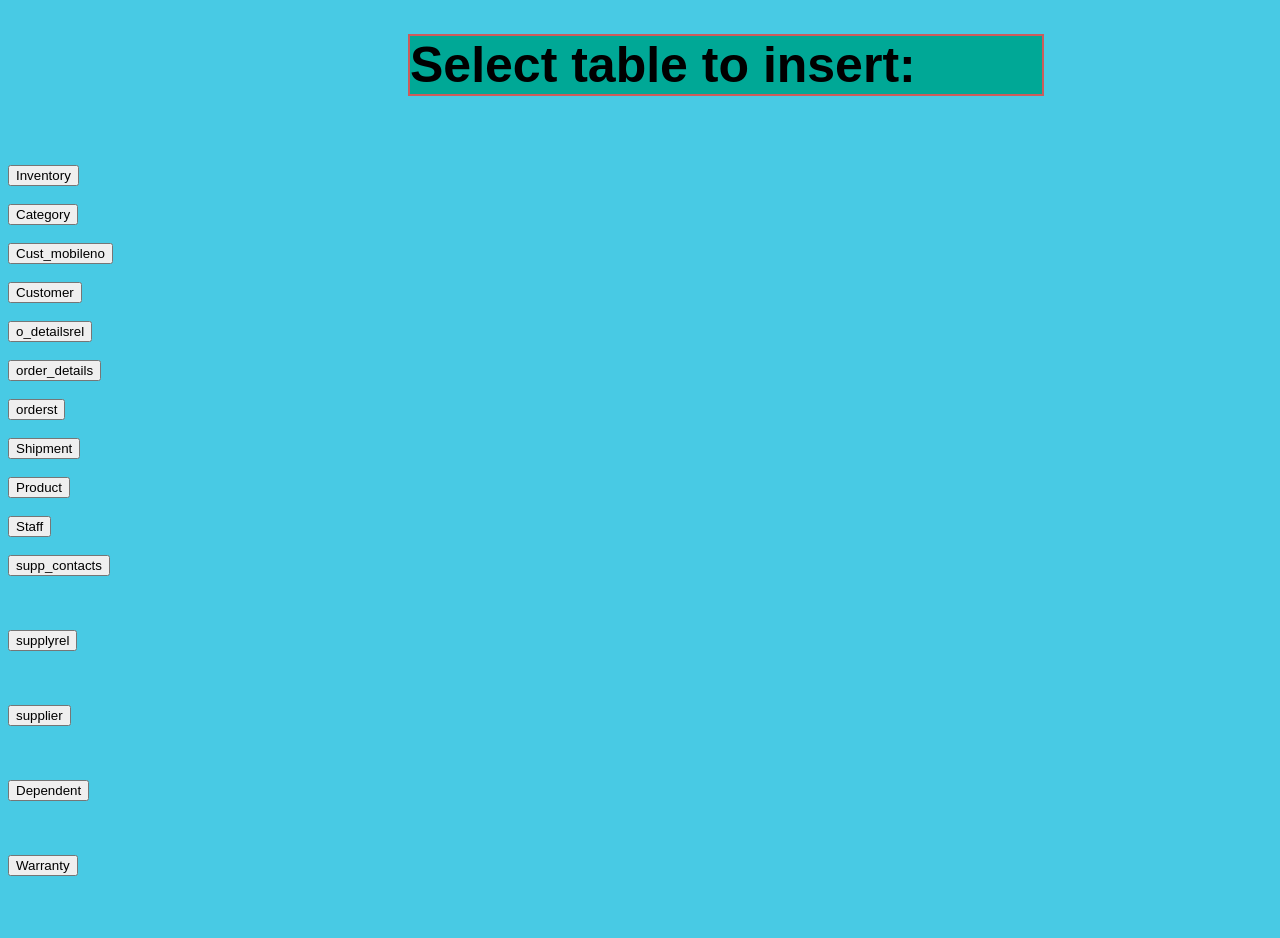
Repository: cyrusdwivedi2002/inventory-management-system
Page: DemoApp/src/main/webapp/insert.html
These files come from the project's save history. The page is drawn as it stood at one moment and after the next save; the edit follows.
The browser window is 1280 px wide. The pictures show the whole page.
Some web fonts or font styles are not loaded; a fallback is used.

Above is the page before, as saved 2022-06-24 19:07:12.

After the next save:
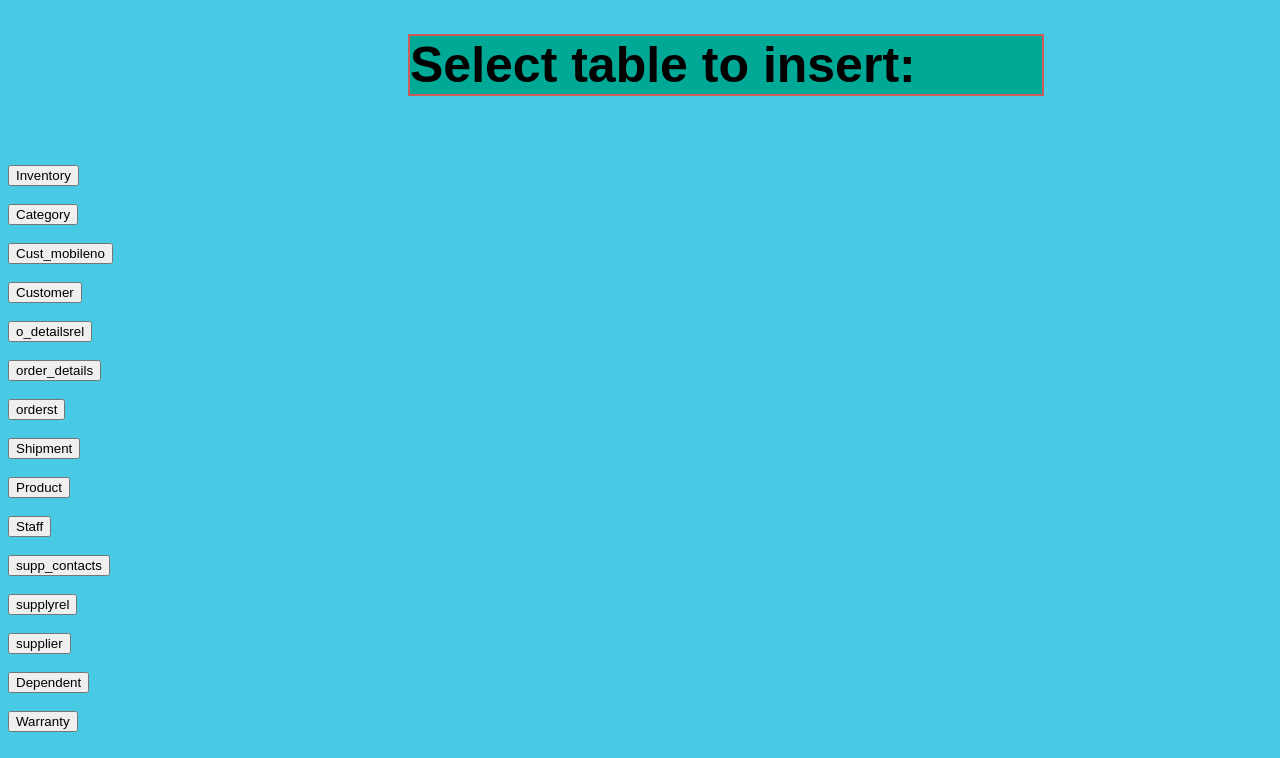
Saved 76 s later.
--- a/DemoApp/src/main/webapp/insert.html
+++ b/DemoApp/src/main/webapp/insert.html
@@ -32,7 +32,6 @@ font-size:50px;
 <button type="button" form="form1"    onclick="window.location.href = 'index.html';">Inventory</button>
 <br/> <br/>
 <button type="button" form="form1"   onclick="window.location.href = 'index2.html';">Category</button>
-
 <br/> <br/>
 <button type="button" form="form1"   onclick="window.location.href = 'index3.html';">Cust_mobileno</button>
 <br/> <br/>
@@ -46,22 +45,19 @@ font-size:50px;
 <br/> <br/>
 <button type="button" form="form1"   onclick="window.location.href = 'index9.html';">Shipment</button>
 <br/> <br/>
-
 <button type="button" form="form1"   onclick="window.location.href = 'index8.html';">Product</button>
 <br/> <br/>
 <button type="button" form="form1"   onclick="window.location.href = 'index10.html';">Staff</button>
 <br/> <br/>
-<button type="button" form="form1"   onclick="window.location.href = 'index11.html';">supp_contacts</button><br/> <br/>
+<button type="button" form="form1"   onclick="window.location.href = 'index11.html';">supp_contacts</button>
 <br/> <br/>
-<button type="button" form="form1"   onclick="window.location.href = 'index12.html';">supplyrel</button><br/> <br/>
+<button type="button" form="form1"   onclick="window.location.href = 'index12.html';">supplyrel</button>
 <br/> <br/>
-<button type="button" form="form1"   onclick="window.location.href = 'index14.html';">supplier</button><br/> <br/>
+<button type="button" form="form1"   onclick="window.location.href = 'index14.html';">supplier</button>
 <br/> <br/>
-<button type="button" form="form1"   onclick="window.location.href = 'index15.html';">Dependent</button><br/> <br/>
-
+<button type="button" form="form1"   onclick="window.location.href = 'index15.html';">Dependent</button>
 <br/> <br/>
-<button type="button" form="form1"   onclick="window.location.href = 'index13.html';">Warranty</button><br/> <br/>
-
+<button type="button" form="form1"   onclick="window.location.href = 'index13.html';">Warranty</button>
 <br/> <br/>
 
 </body>
